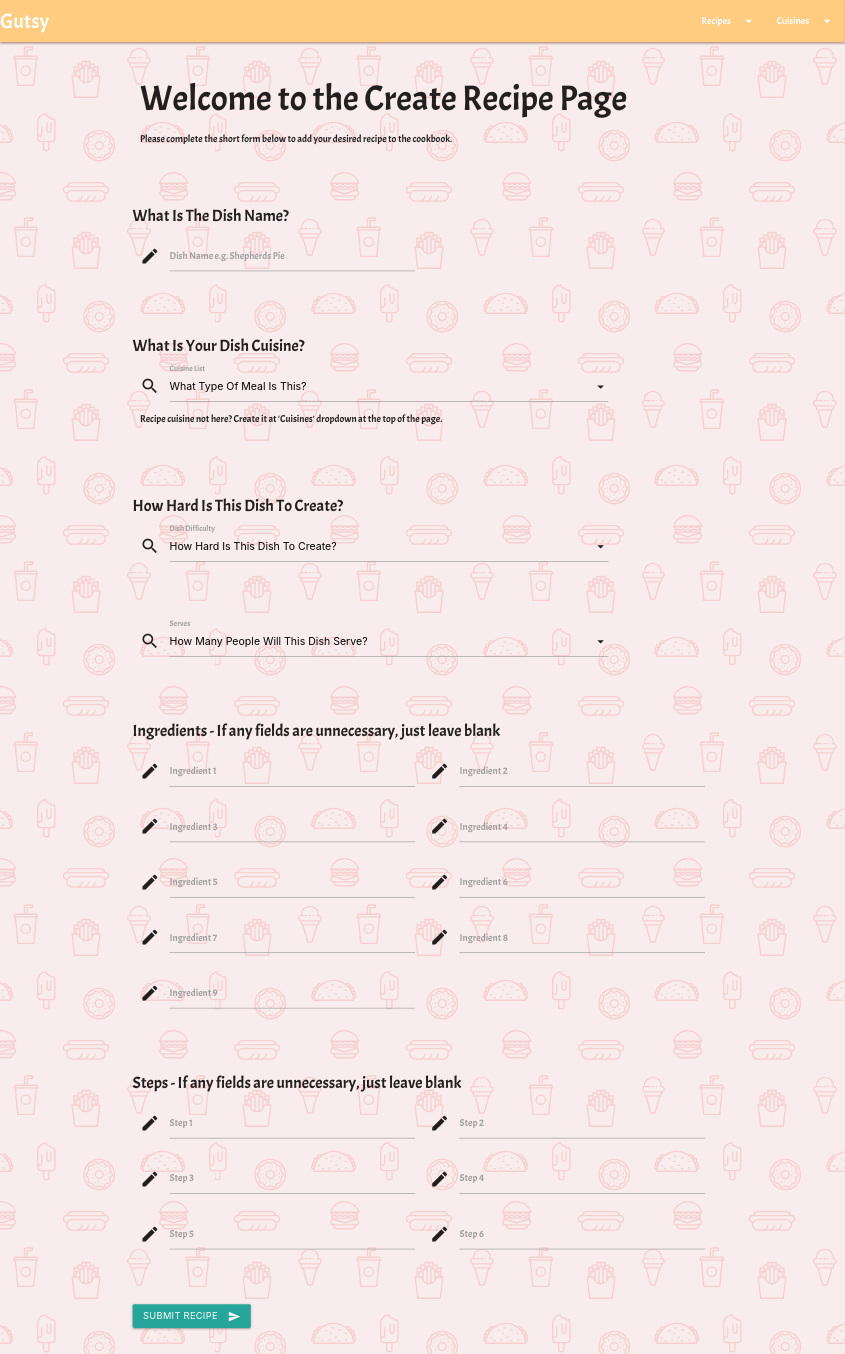
Repository: connor-blackburn/gutsy
Page: http://localhost/create_recipe
The author's editor kept a record of every edit. The page is drawn from the files as they stood at one moment, then again after the next edit.
The browser window is 1280 px wide. The pictures show the whole page, at 66% of full size.
The page is served by the project's application, run on Flask 3 (app.py). Queries for data that is not in the repository find no rows.

Above is the page before.

### templates/create_recipe.html
{% extends 'base.html' %} {% block content %}

<div class="row description container">
    <h2>Welcome to the Create Recipe Page</h2>
    <p>Please complete the short form below to add your desired recipe to the cookbook.</p>
</div>

<form action="{{ url_for('insert_recipe') }}" method="POST" class="col s12 container">

    <!-- A single input field creating the new recipe dish name -->
    <div class="row">
        <h5>What Is The Dish Name?</h5>
        <div class="input-field col s6">
            <i class="material-icons prefix">create</i>
            <input id="icon_prefix" type="text" id="recipes" name="dish_name" class="validate">
            <label for="icon_prefix" id="recipes" name="dish_name">Dish Name e.g. Shepherds Pie</label>
        </div>
    </div>
    <!-- A Dropdown Menu For User To Select Recipe Cuisine -->
    <div class="row">
        <h5>What Is Your Dish Cuisine?</h5>
        <div class="input-field col s10">
            <i class="material-icons prefix">search</i>
            <select id="recipes" name="cuisine_name">
                <option value="" disabled selected>What Type Of Meal Is This?</option>
                {% for cuisine in cuisines %}
                    <option value="{{cuisine.cuisine_name}}">{{cuisine.cuisine_name}}</option>
                {% endfor %}
            </select>
            <label>Cuisine List</label>
            <p>Recipe cuisine not here? Create it at 'Cuisines' dropdown at the top of the page.</p>
        </div>
    </div>
    <!-- A Dropdown Menu For A User To Select Recipe Difficulty -->
    <div class="row">
        <h5>How Hard Is This Dish To Create?</h5>
        <div class="input-field col s10">
            <i class="material-icons prefix">search</i>
            <select id="recipes" name="dish_difficulty">
                <option value="" disabled selected>How Hard Is This Dish To Create?</option>
                {% for difficulties in difficulties%}
                    <option value="{{difficulties.dish_difficulty}}">{{difficulties.dish_difficulty}}</option>
                {% endfor %}
            </select>
            <label>Dish Difficulty</label>
        </div>
    </div>
    <!-- A Dropdown Menu For A User To Select How Many People The Recipe Will Serve -->
    <div class="row">
        <div class="input-field col s10">
            <i class="material-icons prefix">search</i>
            <select id="recipes" name="serves">
                <option value="" disabled selected>How Many People Will This Dish Serve?</option>
                {% for serves in serves %}
                    <option value="{{serves.serves}}">{{serves.serves}}</option>
                {% endfor %}
            </select>
            <label>Serves</label>
        </div>
    </div>
    <!-- A Series Of Input Fields For A User To Input All Required Ingredients -->
    <div class="row">
        <h5>Ingredients - If any fields are unnecessary, just leave blank</h5>
        <div class="input-field col s6">
            <i class="material-icons prefix">create</i>
            <input id="icon_prefix" id="recipes" name="ingredient_1" type="text" class="validate">
            <label for="icon_prefix">Ingredient 1</label>
        </div>
        <div class="input-field col s6">
            <i class="material-icons prefix">create</i>
            <input id="icon_prefix" id="recipes" name="ingredient_2" type="text" class="validate">
            <label for="icon_prefix">Ingredient 2</label>
        </div>

        <div class="input-field col s6">
            <i class="material-icons prefix">create</i>
            <input id="icon_prefix" id="recipes" name="ingredient_3" type="text" class="validate">
            <label for="icon_prefix">Ingredient 3</label>
        </div>

        <div class="input-field col s6">
            <i class="material-icons prefix">create</i>
            <input id="icon_prefix" id="recipes" name="ingredient_4" type="text" class="validate">
            <label for="icon_prefix">Ingredient 4</label>
        </div>

        <div class="input-field col s6">
            <i class="material-icons prefix">create</i>
            <input id="icon_prefix" id="recipes" name="ingredient_5" type="text" class="validate">
            <label for="icon_prefix">Ingredient 5</label>
        </div>

        <div class="input-field col s6">
            <i class="material-icons prefix">create</i>
            <input id="icon_prefix" id="recipes" name="ingredient_6" type="text" class="validate">
            <label for="icon_prefix">Ingredient 6</label>
        </div>

        <div class="input-field col s6">
            <i class="material-icons prefix">create</i>
            <input id="icon_prefix" id="recipes" name="ingredient_7" type="text" class="validate">
            <label for="icon_prefix">Ingredient 7</label>
        </div>

        <div class="input-field col s6">
            <i class="material-icons prefix">create</i>
            <input id="icon_prefix" id="recipes" name="ingredient_8" type="text" class="validate">
            <label for="icon_prefix">Ingredient 8</label>
        </div>

        <div class="input-field col s6">
            <i class="material-icons prefix">create</i>
            <input id="icon_prefix" id="recipes" name="ingredient_9" type="text" class="validate">
            <label for="icon_prefix">Ingredient 9</label>
        </div>
    </div>
    <!-- A Series Of Input Fields For A User To Input All Required Steps To Create Recipe -->
    <div class="row">
        <h5>Steps - If any fields are unnecessary, just leave blank </h5>
        <div class="input-field col s6">
            <i class="material-icons prefix">create</i>
            <input id="icon_prefix" id="recipes" name="step_1" type="text" class="validate">
            <label for="icon_prefix">Step 1</label>
        </div>
        <div class="input-field col s6">
            <i class="material-icons prefix">create</i>
            <input id="icon_prefix" id="recipes" name="step_2" type="text" class="validate">
            <label for="icon_prefix">Step 2</label>
        </div>
        <div class="input-field col s6">
            <i class="material-icons prefix">create</i>
            <input id="icon_prefix" id="recipes" name="step_3" type="text" class="validate">
            <label for="icon_prefix">Step 3</label>
        </div>
        <div class="input-field col s6">
            <i class="material-icons prefix">create</i>
            <input id="icon_prefix" id="recipes" name="step_4" type="text" class="validate">
            <label for="icon_prefix">Step 4</label>
        </div>
        <div class="input-field col s6">
            <i class="material-icons prefix">create</i>
            <input id="icon_prefix" id="recipes" name="step_5" type="text" class="validate">
            <label for="icon_prefix">Step 5</label>
        </div>
        <div class="input-field col s6">
            <i class="material-icons prefix">create</i>
            <input id="icon_prefix" id="recipes" name="step_6" type="text" class="validate">
            <label for="icon_prefix">Step 6</label>
        </div>
    </div>
    <!-- Submit Button -->
    <div class="row">
        <button class="btn waves-effect waves-light" type="submit" name="action">Submit Recipe
            <i class="material-icons right">send</i>
        </button>
    </div>
</form>
{% endblock %}

### templates/base.html
<!DOCTYPE html>
<html>

<head>
    <meta charset="UTF-8">
    <meta name="viewport" content="width=device-width, initial-scale=1.0">
    <meta http-equiv="X-UA-Compatible" content="ie=edge">
    <link href="https://fonts.googleapis.com/icon?family=Material+Icons" rel="stylesheet">
    <link rel="stylesheet" href="https://cdnjs.cloudflare.com/ajax/libs/materialize/1.0.0/css/materialize.min.css">
    <link href="https://fonts.googleapis.com/css?family=Acme&display=swap" rel="stylesheet">
    <link rel="stylesheet" href="{{ url_for('static', filename='css/style.css') }}" type="text/css" />
</head>

<body>
    <header>
        <ul id="dropdown1" class="dropdown-content">
            <li><a href="{{url_for('get_recipes_step_one')}}">Edit Recipes</a></li>
            <li class="divider"></li>
            <li><a href="#!">Create Recipes</a></li>
        </ul>
        <ul id="dropdown2" class="dropdown-content">
            <li><a href="{{url_for('edit_cuisine_homepage')}}">Edit Cuisines</a></li>
            <li class="divider"></li>
            <li><a href="{{url_for('create_cuisine')}}">Create Cuisines</a></li>
        </ul>
        <ul id="dropdown3" class="dropdown-content">
            <li><a href="{{url_for('get_recipes_step_one')}}">Edit Recipes</a></li>
            <li class="divider"></li>
            <li><a href="#!">Create Recipes</a></li>
        </ul>
        <ul id="dropdown4" class="dropdown-content">
            <li><a href="{{url_for('edit_cuisine_homepage')}}">Edit Cuisines</a></li>
            <li class="divider"></li>
            <li><a href="{{url_for('create_cuisine')}}">Create Cuisines</a></li>
        </ul>
        <nav>
            <div class="nav-wrapper orange lighten-3">
                <a href="{{ url_for('home') }}" class="brand-logo">Gutsy</a>
                <a href="#" data-target="mobile-demo" class="sidenav-trigger"><i class="material-icons">menu</i></a>
                <ul class="right hide-on-med-and-down">
                    <li><a class="dropdown-trigger" href="#!" data-target="dropdown1">Recipes<i class="material-icons right">arrow_drop_down</i></a></li>
                    <li><a class="dropdown-trigger" href="#!" data-target="dropdown2">Cuisines<i class="material-icons right">arrow_drop_down</i></a></li>
                </ul>
            </div>
        </nav>

        <ul class="sidenav" id="mobile-demo">
            <li><a class="dropdown-trigger" href="#!" data-target="dropdown3">Recipes<i class="material-icons right">arrow_drop_down</i></a></li>
            <li><a class="dropdown-trigger" href="#!" data-target="dropdown4">Cuisines<i class="material-icons right">arrow_drop_down</i></a></li>
        </ul>
    </header>
    {% block content %} {% endblock %}

    <script type="text/javascript" src="https://cdnjs.cloudflare.com/ajax/libs/jquery/3.4.1/jquery.min.js"></script>
    <script src="https://cdnjs.cloudflare.com/ajax/libs/materialize/1.0.0/js/materialize.min.js"></script>
    <script type="text/javascript">
        $(document).ready(function() {
            $('.dropdown-trigger').dropdown();
            $('.collapsible').collapsible();
            $('.sidenav').sidenav();
            $('select').formSelect();
           // $('body').css('display', 'none');
            //$('body').fadeIn(1800);
        });
    </script>


</body>

</html>

### app.py
import os
from flask import Flask, render_template, redirect, request, url_for
from flask_pymongo import PyMongo
from bson.objectid import ObjectId

app = Flask(__name__)

app.config["MONGO_DBNAME"] = 'cookbook'
app.config["MONGO_URI"] = os.environ.get('MONGO_URI')

mongo = PyMongo(app)

# Home Page - Index
@app.route('/')
@app.route('/home')
def home():
    return render_template('index.html',
    cuisines=mongo.db.cuisines.find())

# Create Cuisine Page - Short Form
@app.route('/create_cuisine')
def create_cuisine():
    return render_template('create_cuisine.html',
    cuisines=mongo.db.cuisines.find())

# Inserts New Cuisine To Site & Redirects Back To Cuisine Homepage
@app.route('/insert_cuisine', methods=['POST'])
def insert_cuisine():
    cuisines = mongo.db.cuisines
    cuisines.insert_one(request.form.to_dict())
    return redirect(url_for('edit_cuisine_homepage'))

# Edit Cuisine Homepage - Shows Collection For User Choice
@app.route('/edit_cuisine_homepage')
def edit_cuisine_homepage():
    return render_template('edit_cuisine_homepage.html',
    cuisines=mongo.db.cuisines.find())

# Edit Cuisine Page, Cuisine Title Altered Here
@app.route('/edit_cuisine/<cuisine_id>')
def edit_cuisine(cuisine_id):
    return render_template('edit_cuisine.html',
    cuisines=mongo.db.cuisines.find_one({'_id': ObjectId(cuisine_id)}))

# Confirms Cuisine Change & Redirects Back To Cuisine Homepage
@app.route('/update_cuisine/<cuisine_id>', methods=['POST'])
def update_cuisine(cuisine_id):
    mongo.db.cuisines.update(
        {'_id': ObjectId(cuisine_id)},
        {'cuisine_name': request.form.get('cuisine_name')})
    return redirect(url_for('edit_cuisine_homepage'))

# Confirms Cuisine Deletion & Redirects Back To Cuisine Homepage
@app.route('/delete_cuisine/<cuisine_id>')
def delete_cuisine(cuisine_id):
    mongo.db.cuisines.remove({'_id': ObjectId(cuisine_id)}),
    return redirect(url_for('edit_cuisine_homepage'))

# Displays Correct Recipe In Relation To Cuisine Chosen
@app.route('/recipe_display/<cuisine_id>')
def recipe_display(cuisine_id):
    return render_template('recipe_display.html',
    recipes=mongo.db.recipes.find(),
    difficulties=mongo.db.difficulties.find(),
    serves=mongo.db.serves.find(),
    cuisines=mongo.db.cuisines.find_one({'_id': ObjectId(cuisine_id)}))

# Displays Cuisines So Users Can Narrow Recipe Search Efficiently
@app.route('/get_recipes_step_one')
def get_recipes_step_one():
    return render_template('get_recipes_step_one.html',
    cuisines=mongo.db.cuisines.find())

# Displays Recipes With Edit & Delete Buttons For User
@app.route('/get_recipes_step_two/<cuisine_id>')
def get_recipes_step_two(cuisine_id):
    return render_template('get_recipes_step_two.html',
    recipes=mongo.db.recipes.find(),
    cuisines=mongo.db.cuisines.find_one({'_id': ObjectId(cuisine_id)}))

# Confirms Cuisine Deletion & Redirects Back To Recipe Step One
@app.route('/delete_recipe/<recipe_id>')
def delete_recipe(recipe_id):
    mongo.db.recipes.remove({'_id': ObjectId(recipe_id)}),
    return redirect(url_for('get_recipes_step_one'))

#SPACE FOR RECIPE EDIT

# Allows User To Fill Form Creating New Recipe
@app.route('/create_recipe')
def create_recipe():
    return render_template('create_recipe.html',
    recipes=mongo.db.recipes.find(),
    cuisines=mongo.db.cuisines.find(),
    difficulties=mongo.db.difficulties.find(),
    serves=mongo.db.serves.find())

# This Allows The Form To Update Theh Database
@app.route('/insert_recipe', methods=['POST'])
def insert_recipe():
    recipes = mongo.db.recipes
    recipes.insert_one(request.form.to_dict())
    return redirect(url_for('create_recipe'))

# This Offers A User A Form With Dynamically Loaded Content To Edit
@app.route('/edit_recipe/<recipe_id>')
def edit_recipe(recipe_id):
    recipes = mongo.db.recipes.find_one({"_id": ObjectId(recipe_id)})
    cuisine = mongo.db.cuisines.find()
    difficulties = mongo.db.difficulties.find()
    serves = mongo.db.serves.find()
    return render_template('edit_recipe.html', recipe=recipes,
    cuisines=cuisine, difficulties=difficulties, serves=serves)

# Confirms Recipe Change & Redirects Back To Get Recipe Step Two
@app.route('/update_recipe/<recipe_id>', methods=['POST'])
def update_recipe(recipe_id):
    recipes = mongo.db.recipes
    print(request.form.get('dish_difficulty'))
    recipes.update({'_id': ObjectId(recipe_id)},
        {
            'cuisine_name':request.form.get('cuisine_name'),
            'dish_name':request.form.get('dish_name'),
            'dish_difficulty':request.form.get('dish_difficulty'),
            'serves':request.form.get('serves'),
            'ingredient_1':request.form.get('ingredient_1'),
            'ingredient_2':request.form.get('ingredient_2'),
            'ingredient_3':request.form.get('ingredient_3'),
            'ingredient_4':request.form.get('ingredient_4'),
            'ingredient_5':request.form.get('ingredient_5'),
            'ingredient_6':request.form.get('ingredient_6'),
            'ingredient_7':request.form.get('ingredient_7'),
            'ingredient_8':request.form.get('ingredient_8'),
            'ingredient_9':request.form.get('ingredient_9'),
            'step_1':request.form.get('step_1'),
            'step_2':request.form.get('step_2'),
            'step_3':request.form.get('step_3'),
            'step_4':request.form.get('step_4'),
            'step_5':request.form.get('step_5')

        })
    return redirect(url_for('home'))

if __name__ == '__main__':
    app.run(host=os.environ.get('IP'),
        port=int(os.environ.get('PORT')),
        debug=True)

### static/css/style.css
body {
    margin: 0;
    padding: 0;
    font-family: 'Acme', sans-serif;
    background-color: #f9ecec;
    background-image: url("data:[embedded picture, 9922 characters]");

}

.heading {
    height: 80vh;
}


.container .heading h1 {
    text-align: center;
    font-size: 9em;
}

.container .heading h5 {
    font-size: 2em;
    text-align: center;
}

.cuisine_selection {
    text-align: center;
}

.cuisine_selection h1{
    font-size: 5em;
}
.hero_image {
    margin: 0;
    z-index: -1;
    text-align: center;
}

.row {
    padding: 20px;
}

After the next edit:
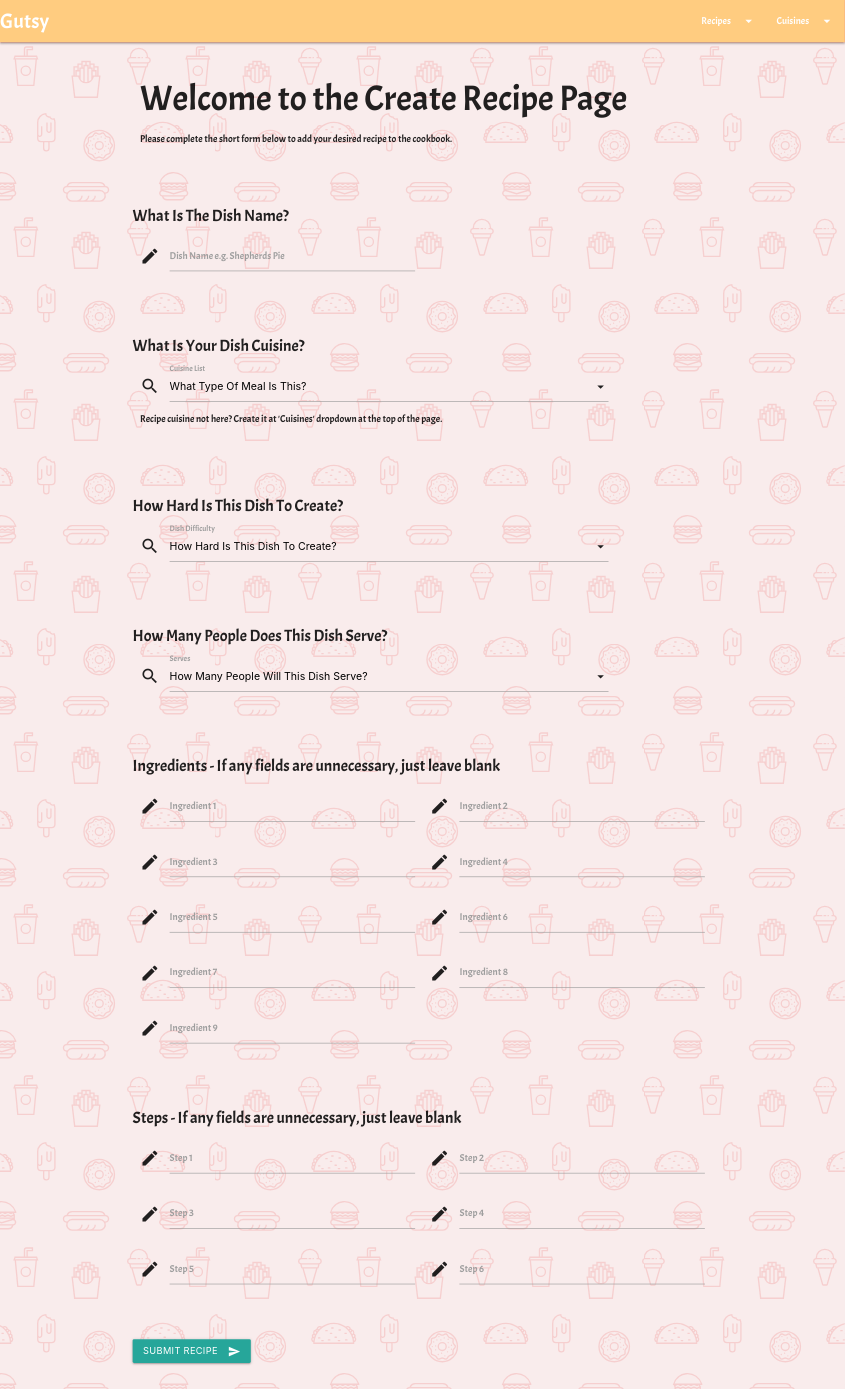
The edit:
--- a/templates/create_recipe.html
+++ b/templates/create_recipe.html
@@ -47,6 +47,7 @@
     </div>
     <!-- A Dropdown Menu For A User To Select How Many People The Recipe Will Serve -->
     <div class="row">
+        <h5>How Many People Does This Dish Serve?</h5>
         <div class="input-field col s10">
             <i class="material-icons prefix">search</i>
             <select id="recipes" name="serves">
